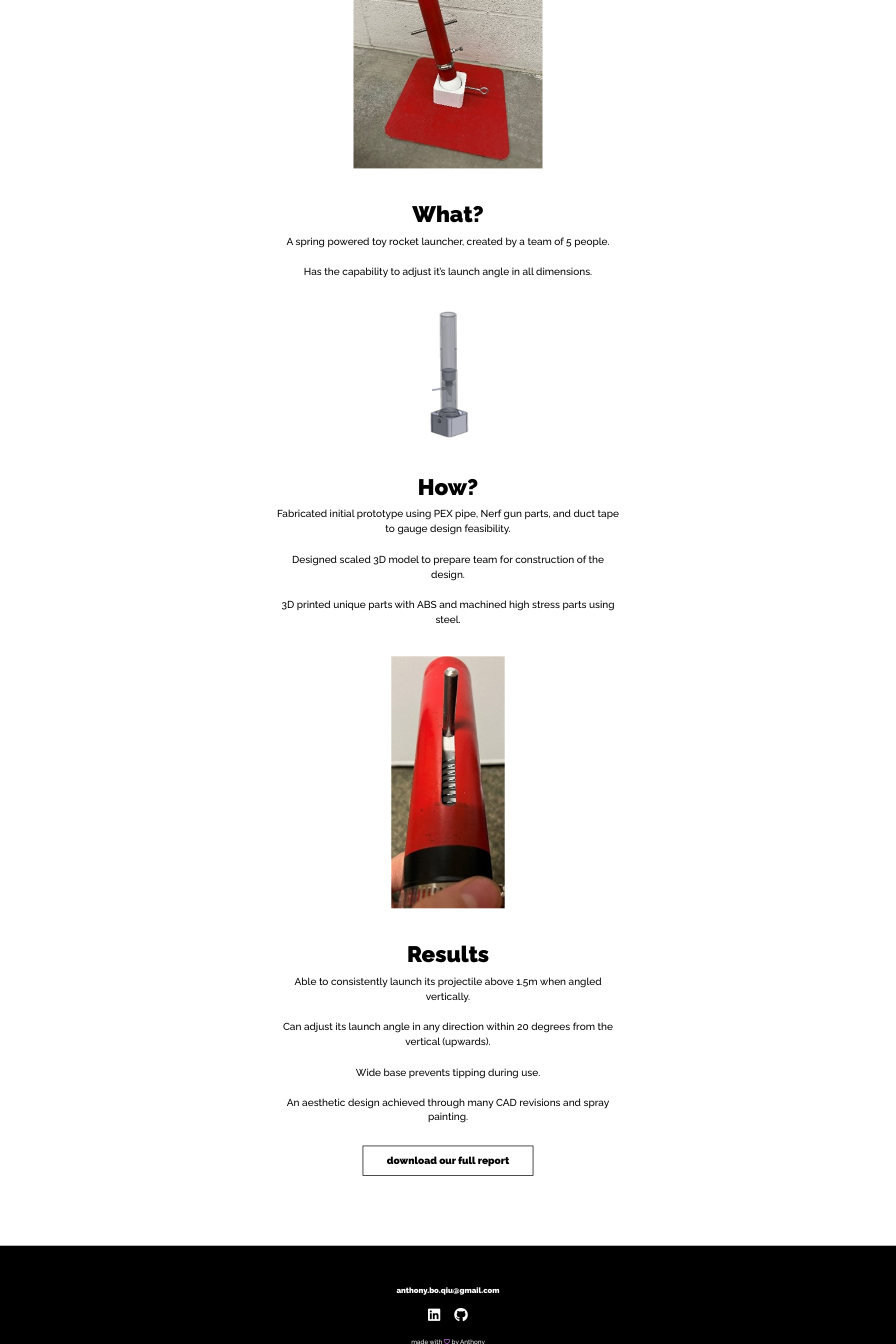
Repository: 7UM1N/anthonyq.github.io
Page: launcho.html
The author's editor kept a copy of each file at every save. The page is drawn from the files as they stood at one save, then again after the next save.
The browser window is 1280 px wide. The pictures show the part of the page from y = 972 to 2892 px (the page is 2955 px tall), at 70% of full size.

Above is the page before, as saved 2023-02-28 12:38:54.

### launcho.html
<!DOCTYPE html>
<html lang="en">
    <head>
        <!-- Google tag (gtag.js) -->
        <script async src="https://www.googletagmanager.com/gtag/js?id=G-XFJFSFPP7C"></script>
        <script>
            window.dataLayer = window.dataLayer || [];
            function gtag(){dataLayer.push(arguments);}
            gtag('js', new Date());
            gtag('config', 'G-XFJFSFPP7C');
        </script>

        <meta charset="UTF-8">
        <meta name="viewport" content="width=device-width, initial-scale=1.0">
        <title>Anthony Qiu</title>
        <link rel="stylesheet" href="https://cdnjs.cloudflare.com/ajax/libs/normalize/8.0.1/normalize.min.css" integrity="sha512-NhSC1YmyruXifcj/KFRWoC561YpHpc5Jtzgvbuzx5VozKpWvQ+4nXhPdFgmx8xqexRcpAglTj9sIBWINXa8x5w==" crossorigin="anonymous" referrerpolicy="no-referrer" />
        <link rel="stylesheet" href="https://cdnjs.cloudflare.com/ajax/libs/font-awesome/6.2.1/css/all.min.css" integrity="sha512-MV7K8+y+gLIBoVD59lQIYicR65iaqukzvf/nwasF0nqhPay5w/9lJmVM2hMDcnK1OnMGCdVK+iQrJ7lzPJQd1w==" crossorigin="anonymous" referrerpolicy="no-referrer" />
        <link rel="stylesheet" href="css/style.css">
        <link rel="preconnect" href="https://fonts.googleapis.com">
        <link rel="preconnect" href="https://fonts.gstatic.com" crossorigin>
        <link href="https://fonts.googleapis.com/css2?family=Raleway:ital,wght@0,100;0,200;0,300;0,400;0,500;0,600;0,700;0,800;0,900;1,100;1,200;1,300;1,400;1,500;1,600;1,700;1,800;1,900&display=swap" rel="stylesheet">
    </head>
    <body>

        <!-- header -->
        <section class="sub-header sub-header-launcho">
            <nav>
                <a class="logo" href="index.html">
                    <strong>ANTHONY</strong> QIU
                </a>
                <div class="nav-links" id="navLinks">
                    <ul>
                        <i class="fa-solid fa-xmark" onclick="hideMenu()"></i>
                        <li><a href="index.html" >HOME</a></li>
                        <li><a href="index.html#projects">PROJECTS</a></li>
                        <li><a href="contact.html">CONTACT</a></li>
                    </ul>
                </div>
                <i class="fa-solid fa-bars" onclick="showMenu()"></i>
            </nav>
            <div class="text-box">
                <h1>Launcho</h1>
                <p>
                    spring powered toy rocket
                </p>
            </div>
            <div class="scroll">
                <p>S C R O L L<br><i class="fa-solid fa-sort-down"></i></p>
            </div>
        </section>

        <!-- content -->
        <section class="portfolio-item-section">
            <img src="img/launcho/what.jpg">
            <h2>What?</h2>
            <p>
                A spring powered toy rocket launcher, created by a team of 5 people.<br><br>
                Has the capability to adjust it’s launch angle in all dimensions.
            </p>

            <img src="img/launcho/how.png">
            <h2>How?</h2>
            <p>
                Fabricated initial prototype using PEX pipe, Nerf gun parts, and duct tape to gauge design feasibility.<br><br>
                Designed scaled 3D model to prepare team for construction of the design.<br><br>
                3D printed unique parts with ABS and machined high stress parts using steel.
            </p>

            <img src="img/launcho/results.jpg">
            <h2>Results</h2>
            <p>
                Able to consistently launch its projectile above 1.5m when angled vertically.<br><br>
                Can adjust its launch angle in any direction within 20 degrees from the vertical (upwards).<br><br>
                Wide base prevents tipping during use.<br><br>
                An aesthetic design achieved through many CAD revisions and spray painting.
            </p>
            <a href="Toy_Design_Report_-_Launcho.pdf" download class="hero-btn inverse-btn"><strong>download our full report</strong></a>
        </section>

        <!-- footer -->
        <footer class="footer">
            <a href="mailto:anthony.bo.qiu@gmail.com" class="email">anthony.bo.qiu@gmail.com</a>
            <ul class="socials">
                <li class="socials-item">
                    <a class="social-item-link" href="https://www.linkedin.com/in/anthonyboqiu">
                        <i class="fa-brands fa-linkedin"></i>
                    </a>
                </li>
                <li class="socials-item">
                    <a class="social-item-link" href="https://github.com/anthonyqiu">
                        <i class="fa-brands fa-github"></i>
                    </a>
                </li>
            </ul>
            <P class="love">made with <i class="fa-regular fa-heart"></i> by Anthony</p>
        </footer>

        <!-- javascript-->
        <script src="js/index.js"></script>
    </body>
</html>

### css/style.css
/*custom properties*/
:root {
    --ff-primary: 'Raleway', sans-serif;
    --ff-secondary: 'Raleway', sans-serif;

    --fw-reg: 500;
    --fw-bold: 850;

    --clr-light: #fff;
    --clr-dark: #000000;
    --clr-accent: #e281ff;

    --fs-h1: 3rem;
    --fs-h2: 2rem;
    --fs-h3: 1.25rem;
    --fs-h4: 1.05rem;
    --fs-body: 0.9rem;

    --bs: 0.25em 0.25em 0.75em rgba(0, 0, 0, .25), 0.125em 0.125em 0.25em rgba(0, 0, 0, .15);
}

* {
    margin: 0;
    padding: 0;
    font-family: var(--ff-primary);
}

/* typography */
h1,
h2,
h3 {
    line-height: 1.1;
}

h1, h2, h3, h4 {
    font-weight: var(--fw-bold);
}

h1 {font-size: var(--fs-h1)}
h2 {font-size: var(--fs-h2)}
h3 {
    font-size: var(--fs-h3);
    font-weight: 800;
}
h4 {
    font-size: var(--fs-h4);
}

p {
    font-size: var(--fs-body);
    font-weight: var(--fw-reg);
    line-height: 150%;
    padding: 10px;
}

a:link {
    text-decoration: none;
}

a:visited {
    text-decoration: none;
}

a:hover {
    text-decoration: none;
}

a:active {
    text-decoration: none;
}

strong {font-weight: var(--fw-bold);}

/*header*/
header {
    min-height: 100vh;
    width: 100%;
    background-image: linear-gradient(rgba(4, 9, 30, 0.85), rgba(4, 9, 30, 0.85)), url(../img/blueprint.jpeg);
    background-position: center;
    background-size: cover;
    position: relative;
}

header img {
    max-width: 20vh;
    border-radius: 7%;
}

nav {
    display: flex;
    padding: 2% 6%;
    justify-content: space-between;
    align-items: center;
}

.logo {
    color: var(--clr-light);
    text-decoration: none;
    font-size: var(--fs-h2);
}

.nav-links {
    flex: 1;
    text-align: right;
}

.nav-links ul li {
    list-style: none;
    display: inline-block;
    padding: 8px 12px;
    position: relative;
}

.nav-links ul li a {
    color: var(--clr-light);
    text-decoration: none;
    font-size: var(--fs-body);
}

.nav-links ul li::after {
    content: '';
    width: 0%;
    height: 2px;
    background: var(--clr-light);
    display: block;
    margin: auto;
    transition: 0.5s;
}

.nav-links ul li:hover::after {
    width: 100%;
}

.text-box {
    width: 50%;
    color: var(--clr-light);
    position: absolute;
    top: 50%;
    left: 50%;
    transform: translate(-50%, -50%);
    text-align: center;
}

.text-box p {
    margin: 10px 0 40px;
    color: var(--clr-light);
}

.hero-btn {
    color: var(--clr-light);
    border: 1px solid var(--clr-light);
    display: inline-block;
    text-decoration: none;
    padding: 12px 34px;
    font-size: var(--fs-body);
    background: transparent;
    position: relative;
    cursor: pointer;
    margin-top: 20px;;
}

.hero-btn:hover {
    background: var(--clr-light);
    color: var(--clr-dark);
    transition: 1s;
}

.inverse-btn {
    color: var(--clr-dark);
    border: 1px solid var(--clr-dark);
}

.inverse-btn:hover {
    color: var(--clr-light);
    background: var(--clr-dark);
}

nav .fa-solid {
    display: none;
}

.scroll {
    color: var(--clr-light);
    text-align: center;
    position: absolute;
    top: 96%;
    left: 50%;
    transform: translate(-50%, -50%);
}

/*projects*/

.projects {
    width: 80%;
    margin: auto;
    text-align: center;
    padding-top: 100px;
    padding-bottom: 100px;
}

.projects p {
    color: var(--clr-dark);
}

.projects img {
    width: 12rem;
    height: 18rem;
    border-radius: 10px;
}

.portfolio {
    display: flex;
    flex-wrap: wrap;
    gap: 1.5rem;

    margin: auto;
    align-items: center;
    justify-content: center;
    margin-top: 3rem;
}

.portfolio-item {
    background-position: center;
    background-size: cover;
    position: relative;

    color: var(--clr-light);
    width: 350px;
    height: 500px;
    flex-shrink: 0;
    border-radius: 10px;
    box-sizing: border-box;
    transition: 0.5s;

    display: flex;
    justify-content: center;
    align-items: center;
    flex-direction: column;
}

.portfolio-item h3 {
    color: var(--clr-light);
    width: 150px;
    height: 150px;
    border-style: solid;
    border-width: 0.3rem;
    border-color: var(--clr-light);
    border-radius: 50%;

    position: relative;
    display: flex;
    justify-content: center;
    align-items: center;
    margin: auto;
}

.portfolio-item p {
    color: var(--clr-light);

    display: flex;
    justify-content: center;
    align-items: center;
    margin: auto;
    opacity: 0%;
    transition: 1s;
}

.nerfv2 {
    background-image: linear-gradient(rgba(4, 9, 30, 0.5), rgba(4, 9, 30, 0.5)), url(../img/coming-soon.webp);
}

.launcho {
    background-image: linear-gradient(rgba(4, 9, 30, 0.5), rgba(4, 9, 30, 0.5)), url(../img/launcho/launcho-card.jpg);
}

.codebreaker {
    background-image: linear-gradient(rgba(4, 9, 30, 0.5), rgba(4, 9, 30, 0.5)), url(../img/codebreaker/codebreaker-card.jpg);
}

.saitama {
    background-image: linear-gradient(rgba(4, 9, 30, 0.5), rgba(4, 9, 30, 0.5)), url(../img/saitama/saitama-banner.webp);
}

.this-website {
    background-image: linear-gradient(rgba(4, 9, 30, 0.5), rgba(4, 9, 30, 0.5)), url(../img/this-website/this-website-card.jpeg);
}

.portfolio-item h3 {
    vertical-align: middle;
}

.portfolio-item:hover {
    box-shadow: 0 0 20px 0px rgba(0, 0, 0, 0.80);
    filter: brightness(90%);
}

.portfolio-item:hover p {
    opacity: 100%;
}

.portfolio-item-text {
    position: absolute;
    top: 0;
}

/* footer */
.footer {
    background: var(--clr-dark);
    color: var(--clr-light);
    text-align: center;
    padding: 2.5em 0;
    font-size: var(--fs-h3);
    font-family: var(--ff-secondary);
}

.footer a {
    color: inherit;
    text-decoration: none;
}

.email {
    font-weight: var(--fw-bold);
    font-size: 11px;
}

.email:hover,
.social-item-link:hover {
    transform: scale(2);
    opacity: .5;
}

.email,
.social-item-link {
    transition:
        transform 750ms cubic-bezier(.5, 0, .5, 1),
        opacity 250ms linear;
}

.socials {
    list-style: none;
    display: flex;
    justify-content: center;
    margin: 0.25em 0 0;
    padding: 0;
}

.socials-item {
    margin: - .5em;
}

.socials-item {
    padding: .5em;
}

.love {
    font-size: 9px;
}

.fa-heart {
    color: var(--clr-accent);
}

/* sub header */
.sub-header {
    height: 100vh;
    width: 100%;
    background-image: linear-gradient(rgba(4, 9, 30, 0.7), rgba(4, 9, 30, 0.7)), url(../img/launcho/launcho-card.jpg);
    background-position: center;
    background-size: cover;
    text-align: center;
    margin: auto;
    position: relative;
}
.sub-header-contact {background-image: linear-gradient(rgba(4, 9, 30, 0.85), rgba(4, 9, 30, 0.85)), url(../img/blueprint.jpeg);}
.sub-header-nerfv2 {background-image: linear-gradient(rgba(4, 9, 30, 0.7), rgba(4, 9, 30, 0.7)), url(../img/coming-soon.webp);}
.sub-header-launcho {background-image: linear-gradient(rgba(4, 9, 30, 0.7), rgba(4, 9, 30, 0.7)), url(../img/launcho/launcho-card.jpg);}
.sub-header-codebreaker {background-image: linear-gradient(rgba(4, 9, 30, 0.7), rgba(4, 9, 30, 0.7)), url(../img/codebreaker/codebreaker-banner.jpg);}
.sub-header-saitama {background-image: linear-gradient(rgba(4, 9, 30, 0.7), rgba(4, 9, 30, 0.7)), url(../img/saitama/saitama-banner.webp);}
.sub-header-this-website {background-image: linear-gradient(rgba(4, 9, 30, 0.7), rgba(4, 9, 30, 0.7)), url(../img/this-website/this-website-card.jpeg);}

.sub-header .text-box {
    border-style: solid;
    border-width: 0.25rem;
    border-color: var(--clr-light);
}

.portfolio-item-section {
    text-align: center;
    padding-top: 100px;
    padding-bottom: 100px;
    width: 40%;

    position: relative;
    display: flex;
    justify-content: center;
    align-items: center;
    margin: auto;
    flex-direction: column;
}

.portfolio-item-section p {
    color: var(--clr-dark);
}

.portfolio-item-section img {
    max-width: 90%;
    max-height: 50vh;
    padding: 2rem;
}

.portfolio-item-section h2,
.portfolio-item-section h3 {
    margin-top: 1rem;
}

.contact {
    padding: 50px;
    width: 40%;
    margin: auto;
    text-align: center;
}

.contact input,
.contact textarea {
    width: 100%;
    padding: 15px;
    margin-bottom: 17px;
    outline: none;
    border: 1px solid var(--clr-dark);
    box-sizing: border-box;
}

/*smaller screens*/
@media(max-width: 800px) {
    .nav-links ul li {
        display: block;
    }

    .nav-links {
        position: fixed;
        background: var(--clr-dark);
        height: 100vh;
        width: 200px;
        top: 0;
        right: -200px;
        text-align: left;
        z-index: 2;
        transition: 1s;
    }

    nav .fa-solid {
        display: block;
        color: var(--clr-light);
        margin: 10px;
        font-size: var(--fs-h3);
        cursor: pointer;
    }

    .text-box {
        width: 90%;
    }

    header img {
        max-width: 10vh;
        border-radius: 3%;
    }

    .portfolio-item-section {
        width: 90%;
    }

    .contact {
        width: 70%;
    }
}

### js/index.js
//toggle menu
var navLinks = document.getElementById("navLinks");

function showMenu(){
    navLinks.style.right = "0";
}

function hideMenu(){
    navLinks.style.right = "-200px";
}

After the next save:
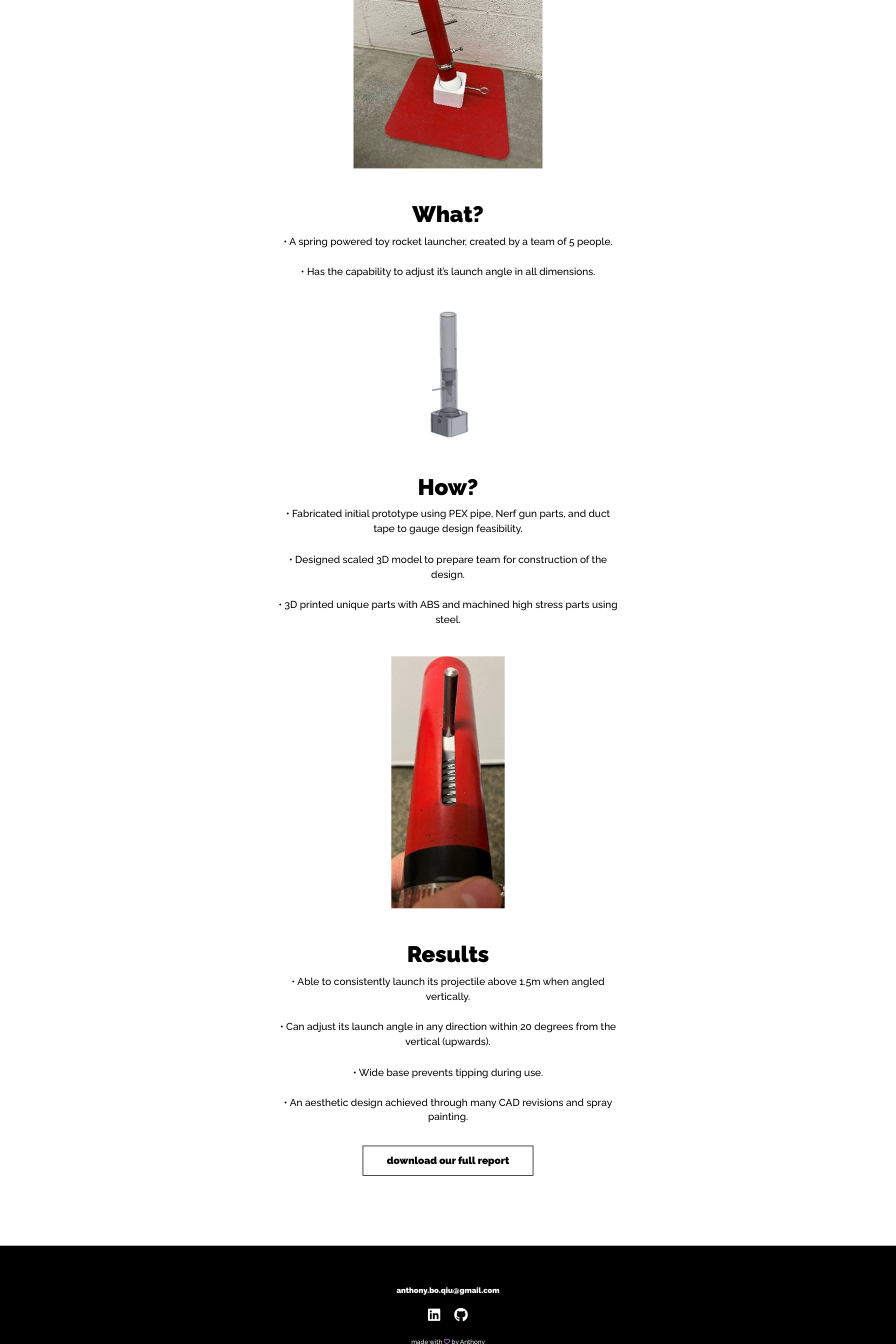
Saved 95 s later.
--- a/launcho.html
+++ b/launcho.html
@@ -54,25 +54,25 @@
             <img src="img/launcho/what.jpg">
             <h2>What?</h2>
             <p>
-                A spring powered toy rocket launcher, created by a team of 5 people.<br><br>
-                Has the capability to adjust it’s launch angle in all dimensions.
+                •	A spring powered toy rocket launcher, created by a team of 5 people.<br><br>
+                •	Has the capability to adjust it’s launch angle in all dimensions.
             </p>
 
             <img src="img/launcho/how.png">
             <h2>How?</h2>
             <p>
-                Fabricated initial prototype using PEX pipe, Nerf gun parts, and duct tape to gauge design feasibility.<br><br>
-                Designed scaled 3D model to prepare team for construction of the design.<br><br>
-                3D printed unique parts with ABS and machined high stress parts using steel.
+                •	Fabricated initial prototype using PEX pipe, Nerf gun parts, and duct tape to gauge design feasibility.<br><br>
+                •	Designed scaled 3D model to prepare team for construction of the design.<br><br>
+                •	3D printed unique parts with ABS and machined high stress parts using steel.
             </p>
 
             <img src="img/launcho/results.jpg">
             <h2>Results</h2>
             <p>
-                Able to consistently launch its projectile above 1.5m when angled vertically.<br><br>
-                Can adjust its launch angle in any direction within 20 degrees from the vertical (upwards).<br><br>
-                Wide base prevents tipping during use.<br><br>
-                An aesthetic design achieved through many CAD revisions and spray painting.
+                •	Able to consistently launch its projectile above 1.5m when angled vertically.<br><br>
+                •	Can adjust its launch angle in any direction within 20 degrees from the vertical (upwards).<br><br>
+                •	Wide base prevents tipping during use.<br><br>
+                •	An aesthetic design achieved through many CAD revisions and spray painting.
             </p>
             <a href="Toy_Design_Report_-_Launcho.pdf" download class="hero-btn inverse-btn"><strong>download our full report</strong></a>
         </section>
